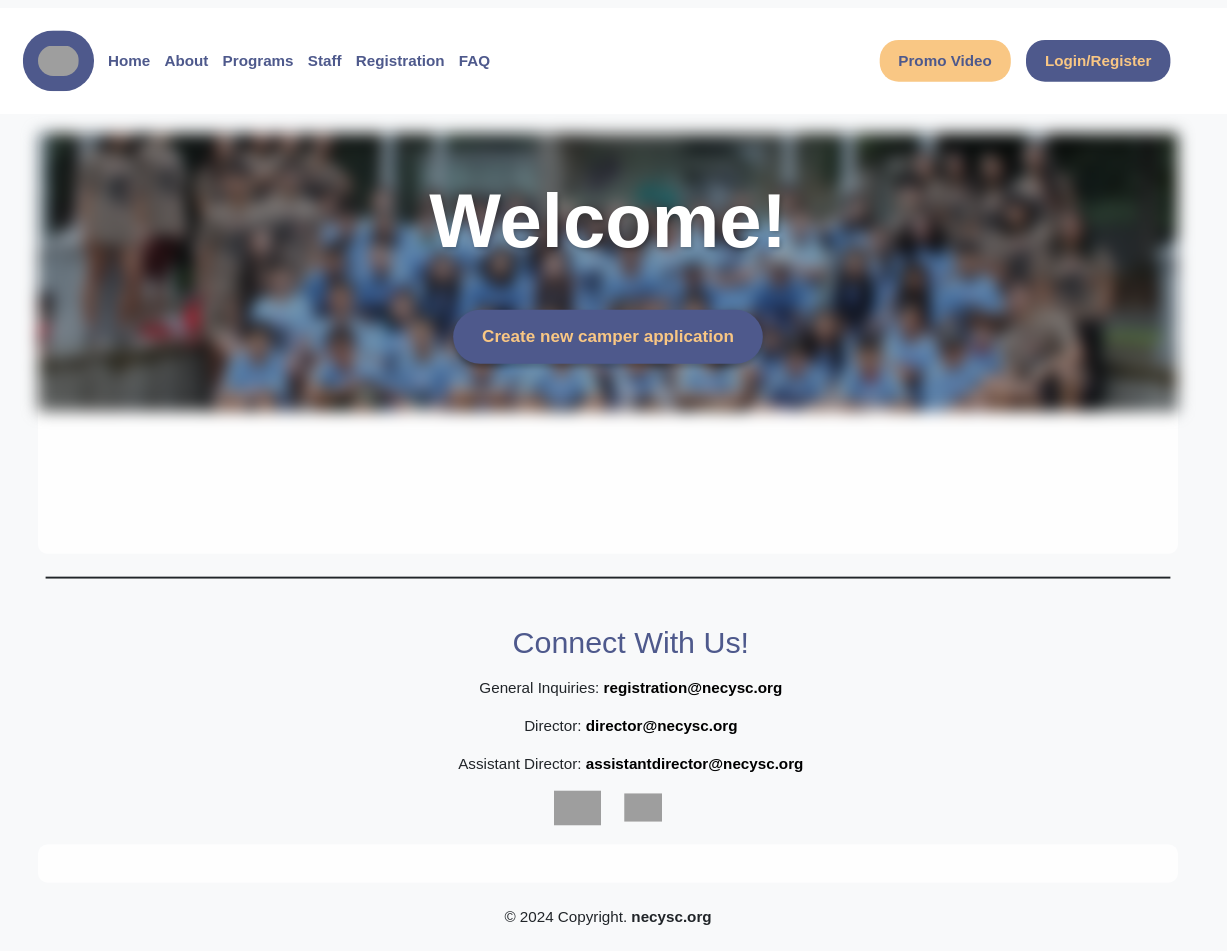
Repository: fullstackatbrown/project-necysc
Page: necysc_app/templates/necysc_app/applicant/index.html
An editor plug-in stored every save of this project. The page is shown before and after the next save, followed by the edit.
The browser window is 1280 px wide. The page is 1292 px wide, so the pictures cover 1292 px, including what lies to the right of the window. The pictures show the whole page, at 95% of full size.
Pictures or frames that could not be fetched are drawn as grey boxes. Some web fonts or font styles are not loaded; a fallback is used. The template is drawn by Django 5.2. The application's start-up code is not run. The template is opened directly, without the code that normally fills it, so the values that code supplies are empty.

Above is the page before, as saved 2024-12-04 03:17:43.

After the next save:
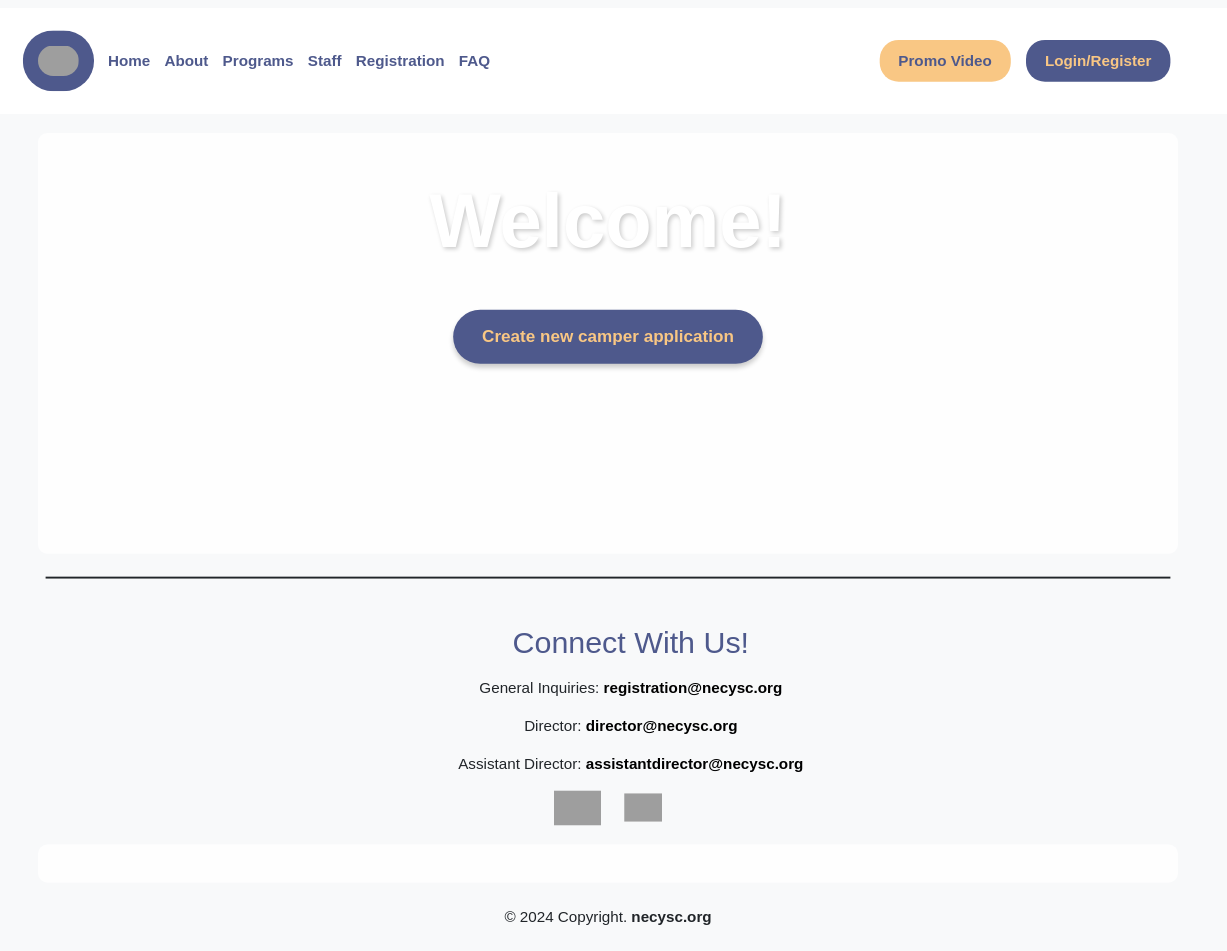
Saved 5 s later.
--- a/necysc_app/templates/necysc_app/applicant/index.html
+++ b/necysc_app/templates/necysc_app/applicant/index.html
@@ -96,7 +96,7 @@
     }
 </style>
 
-<div class="background"></div>
+
 
 
 <div class="content-container">

After the save that followed:
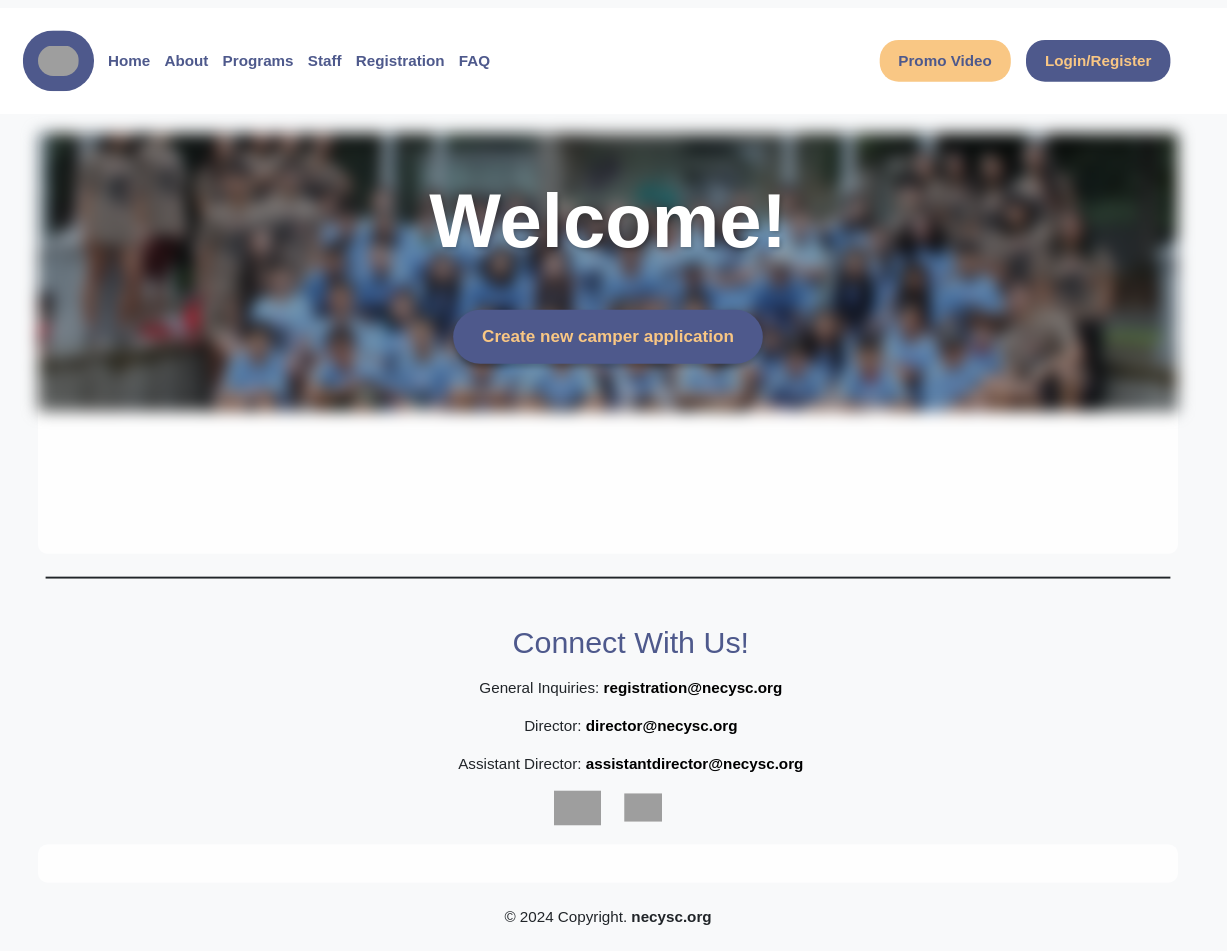
Saved 8 s later.
--- a/necysc_app/templates/necysc_app/applicant/index.html
+++ b/necysc_app/templates/necysc_app/applicant/index.html
@@ -96,7 +96,7 @@
     }
 </style>
 
-
+<div class="background"></div>
 
 
 <div class="content-container">
